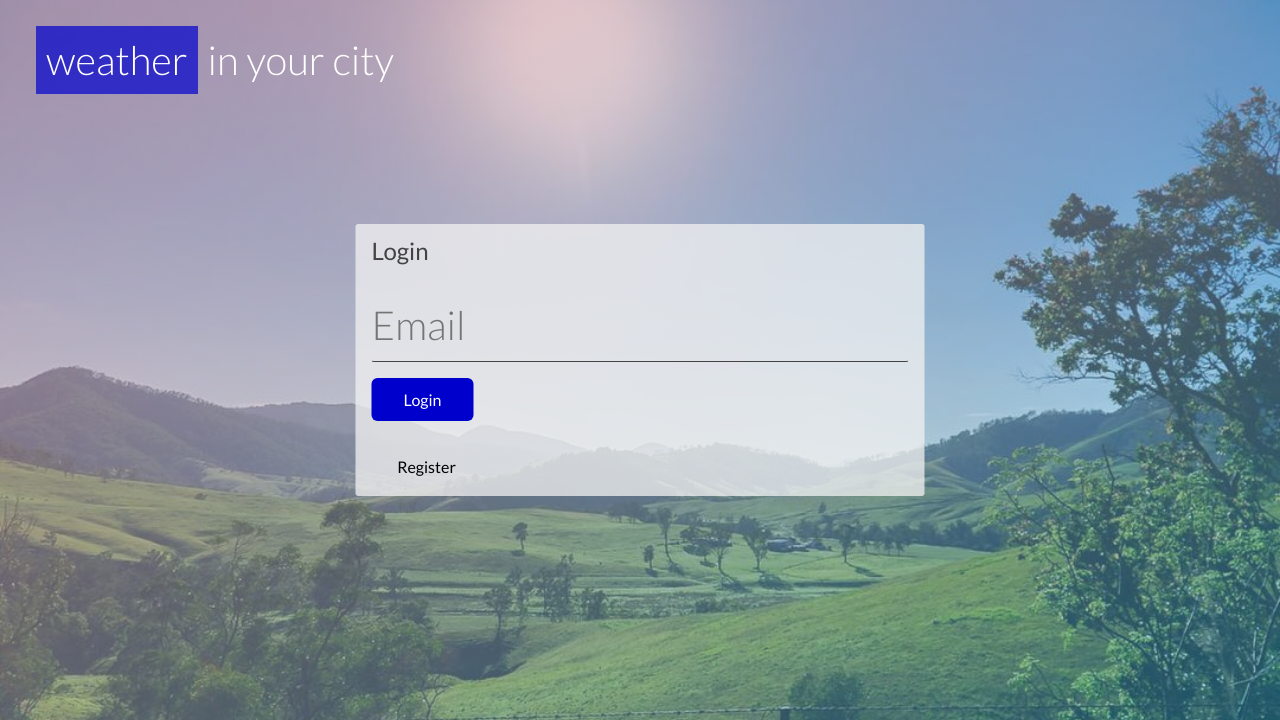
Repository: nosplashurinal/weather-app
Page: /, after clicking the first element matching `button.next`
These files come from the project's save history. The page is drawn as it stood at one moment and after the next save; the edit follows.
The browser window is 1280 px wide. The pictures show the whole page.
The project was rebuilt for these pictures with package versions that can differ from the ones it lists, and the page was loaded fresh each time. Also part of the build but not shown: src/components/RecentSearches.vue, src/components/Search.vue, src/components/WeatherDataBlock.vue.

Above is the page before, as saved 2018-12-31 18:15:43.

### public/index.html
<!DOCTYPE html>
<html lang="en">

<head>
	<meta charset="utf-8">
	<meta http-equiv="X-UA-Compatible" content="IE=edge">
	<meta name="viewport" content="width=device-width,initial-scale=1.0">
	<link rel="icon" href="<%= BASE_URL %>favicon.ico">
	<link href="https://fonts.googleapis.com/css?family=Lato:300,400" rel="stylesheet">
	<title>weather-app</title>
</head>

<body>
	<noscript>
		<strong>We're sorry but weather-app doesn't work properly without JavaScript enabled. Please enable it to continue.</strong>
	</noscript>
	<div id="app"></div>
	<!-- built files will be auto injected -->
</body>

</html>

### src/App.vue
<template>
  <div class="root-container">
    <div class="bg" v-bind:style="{backgroundImage: `url(${bg})`}"></div>
    <div class="overlay"></div>
    <div class="title">
      <span>weather</span>
      <span>in your city</span>
    </div>
    <Login v-bind:isLoginError="isLoginError" v-if="!loginSuccess && !showRegistration" v-on:on-login="attemptLogin" v-on:open-registration="showRegistration = true" />
    <Registration v-if="showRegistration" v-on:on-success="showRegistration = false" />
    <div v-if="loginSuccess" class="search-container" v-bind:class="{resultActive: showResults}">
      <Search
        v-bind:message="message"
        v-bind:showLoading="isLoadingResults"
        v-bind:isError="isError"
        v-on:on-key-press="onClickSearch"
        v-on:on-change="onInputChange"
      />
      <transition name="ease">
        <div class="results-container" v-if="showResults">
          <WeatherDataBlock v-bind:weatherData="weatherData"/>
        </div>
      </transition>
    </div>
  </div>
</template>

<script>
import Search from "./components/Search.vue";
import WeatherDataBlock from "./components/WeatherDataBlock.vue";
import Login from "./components/Login.vue";
import Registration from "./components/Registration.vue";
import axios from "axios";

export default {
  name: "app",
  components: {
    Search,
    WeatherDataBlock,
    Login,
    Registration
  },
  data() {
    return {
      currentQueryValue: null,
      results: [],
      showResults: false,
      address: null,
      isError: false,
      message: null,
      searchQuery: null,
      isLoadingResults: false,
      units: "metric",
      weatherData: undefined,
      bg: "/images/bg.jpg",
      weatherBg: null,
      screenWidth: window.innerWidth,
      screenHeight: window.innerHeight,
      showRegistration: false,
      loginSuccess: false,
      isLoginError: false
    };
  },
  created: function() {
    if (!JSON.parse(window.localStorage.getItem("user"))) {
      this.showRegistration = true;
    }
  },
  mounted: function() {
    if (JSON.parse(window.localStorage.getItem("searches"))) {
      this.validateRecentSearches();
    }
  },
  watch: {
    async searchQuery(newQuery) {
      let storedWeatherData;
      this.showResults = false;

      // Check if anything is saved in localStorage
      if (window.localStorage.getItem("searches")) {
        // Now, check if the current query matches anything in localStorage
        storedWeatherData = this.getFromLocalStorage(newQuery);
      } else {
        // Create an empty object in localStorage
        window.localStorage.setItem("searches", null);
      }
      if (storedWeatherData) {
        this.isLoadingResults = true;
        // Translate localStorage data into the format needed to display the data
        setTimeout(
          () =>
            (this.weatherData = this.parseStoredWeatherData(
              storedWeatherData.result
            )),
          0.0001
        );
      } else {
        this.isLoadingResults = true;
        try {
          let weatherData = await this.fetchWeatherDataForCity(
            this.searchQuery
          );
          const formattedData = this.parseApiResponse(newQuery, weatherData);
          this.pushDataToLocalStorage(formattedData);
          this.weatherData = formattedData.result;
        } catch {
          this.isLoadingResults = false;
          this.isError = true;
        }
      }
    },
    weatherData() {
      this.isLoadingResults = false;
      this.showResults = true;
      this.changeBackgroundImage();
    }
  },
  methods: {
    async validateRecentSearches() {
      let storedData = window.localStorage.getItem("searches");
      let storedDataObject = JSON.parse(storedData);
      let promiseArray = [];
      let newDataObject = [];
      storedDataObject.forEach(({ result }) => {
        promiseArray.push(this.fetchWeatherDataForCity(result.name));
      });
      let responseArray = await Promise.all(promiseArray);
      responseArray.forEach((data, index) => {
        const formattedData = this.parseApiResponse(
          storedDataObject[index].query,
          data
        );
        newDataObject.push(formattedData);
      });
      window.localStorage.setItem("searches", JSON.stringify(newDataObject));
    },
    timeDifferenceBetwenNowAndDate(d) {
      const date = new Date(d * 1000);
      const now = new Date();
      return (now.getTime() - date.getTime()) / (1000 * 60);
    },
    attemptLogin(e) {
      const user = window.localStorage.getItem("user");
      if (user === e) {
        this.loginSuccess = true;
      } else {
        this.isLoginError = true;
      }
    },
    onInputChange() {
      if (this.isError) this.isError = false;
    },
    pushDataToLocalStorage(newDataItem) {
      let storedData = window.localStorage.getItem("searches");
      let storedDataObject = JSON.parse(storedData);
      let newDataObject = [];
      if (storedDataObject) {
        newDataObject = [...storedDataObject, newDataItem];
      } else {
        newDataObject.push(newDataItem);
      }
      window.localStorage.setItem("searches", JSON.stringify(newDataObject));
    },
    parseApiResponse(query, data) {
      return {
        query,
        result: {
          id: data.sys.id,
          temp: data.main.temp,
          name: data.name,
          country: data.sys.country,
          icon: data.weather[0].icon,
          description: data.weather[0].description,
          date: data.dt,
          humidity: data.wind.speed,
          wind: data.main.humidity
        }
      };
    },
    parseStoredWeatherData(data) {
      return {
        name: data.name,
        country: data.country,
        humidity: data.humidity,
        temp: data.temp,
        wind: data.wind,
        icon: data.icon,
        description: data.description,
        date: data.date
      };
    },
    getFromLocalStorage(i) {
      const localStorage = window.localStorage;
      const searchObject = JSON.parse(localStorage.getItem("searches"));
      if (searchObject) {
        return searchObject.find(item => item.query === i);
      } else {
        return null;
      }
    },
    onClickSearch(e) {
      this.searchQuery = e;
    },
    fetchWeatherDataForCity(city) {
      return new Promise((resolve, reject) => {
        axios
          .get(
            `http://api.openweathermap.org/data/2.5/weather?q=${city}&APPID=7c519880689160b16f5d233f16f2868d${
              this.units === "metric" ? "&units=metric" : ""
            }`
          )
          .then(response => {
            if (response.status === 404) {
              reject(response.err);
            } else {
              resolve(response.data);
            }
          })
          .catch(() => {
            this.isError = true;
            this.isLoadingResults = false;
            return;
          });
      });
    },
    changeBackgroundImage() {
      var newImg = new Image();
      newImg.onload = () => (this.bg = newImg.src);
      newImg.src = `https://loremflickr.com/1920/1080/${
        this.weatherData.description
      }`;
    }
  }
};
</script>

<style lang="scss" src="@/styles/app.scss">
</style>

### src/styles/app.scss
@import "./global.scss";
@import "./constants.scss";

.root-container {
  width: 100%;
  height: auto;
  overflow-y: scroll;
  overflow-x: hidden;
  font-size: 16px;
}
.bg {
  position: absolute;
  background-repeat: no-repeat;
  background-size: cover;
  background-position: center;
  -webkit-transition: background-image 500ms ease-in-out;
  transition: background-image 500ms ease-in-out;
  width: 100%;
  height: 100%;
}
.overlay {
  position: absolute;
  width: 100%;
  height: 100%;
  background-image: linear-gradient(
    to bottom right,
    rgba(230, 154, 154, 0.65),
    rgba(44, 181, 232, 0.4)
  );
}
.title {
  position: absolute;
  top: 36px;
  left: 36px;
  width: auto;
  height: auto;
  text-align: center;
  font-size: 2.5em;
  color: #fff;
  font-family: $font-primary;
  font-weight: 100;
  > span {
    padding: 0.25em;
    &:nth-child(1) {
      background-color: rgba($blue, 0.7);
    }
  }
}
.search-container {
  position: absolute;
  top: 50%;
  transform: translate(-50%, -50%);
  left: 50%;
  .results-container {
    margin-top: 4em;
    z-index: 9;
  }
}
.ease-enter-active,
.ease-leave-active {
  transition: all 900ms cubic-bezier(0, 0.57, 0.01, 0.97);
}
.ease-enter, .ease-leave-to /* .fade-leave-active below version 2.1.8 */ {
  opacity: 0;
  transform: scale(0.9) translate(0, 50px);
}
.slide-enter-active, .slide-leave-active {
  transition: opacity 350ms ease-in-out;
}
.slide-enter /* .fade-leave-active below version 2.1.8 */ {
  opacity: 0;
}

### src/styles/global.scss
html, body {
	position: relative;
	width: 100%;
	height: 100%;
}

body {
	color: #333;
	margin: 0;
	padding: 0;
	box-sizing: border-box;
	font-family: -apple-system, BlinkMacSystemFont, "Segoe UI", Roboto, Oxygen-Sans, Ubuntu, Cantarell, "Helvetica Neue", sans-serif;
}

a {
	color: rgb(0,100,200);
	text-decoration: none;
}

a:hover {
	text-decoration: underline;
}

a:visited {
	color: rgb(0,80,160);
}

label {
	display: block;
}

input, button, select, textarea {
	font-family: inherit;
	font-size: inherit;
	padding: 0.4em;
	margin: 0 0 0.5em 0;
	box-sizing: border-box;
	border: 1px solid #ccc;
	border-radius: 2px;
}

input:disabled {
	color: #ccc;
}

button {
	background-color: #f4f4f4;
	outline: none;
}

button:active {
	background-color: #ddd;
}

button:focus {
	border-color: #666;
}

p {
	margin: 0;
	padding: 0;
}

ul {
	list-style: none;
}
input:focus {
	outline: 0;
}
button {
	border: 0;
}

### src/styles/constants.scss
$blue: rgb(0, 0, 205);
$font-primary: "Lato", sans-serif;

### src/components/Login.vue
<template>
  <div class="login">
    <p>Login</p>
    <div class="login-container">
      <input
        ref="loginInput"
        autocomplete="off"
        type="email"
        name="email"
        class="email"
        id="email"
        placeholder="Email"
        v-on:keypress="onKeyPress"
      >
      <small
        v-if="isLoginError"
        class="error-message"
      >Oops, we could not find you. Try again or register.</small>
      <div class="button-container">
        <button type="button" v-on:click="onClickLogin" class="login-button">Login</button>
        <button v-on:click="openRegistration" class="register-button">Register</button>
      </div>
    </div>
  </div>
</template>
<script>
export default {
  name: "Login",
  props: {
    isLoginError: Boolean
  },
  methods: {
    onKeyPress(e) {
      if (e.key === "Enter") this.$emit("on-login", e.target.value);
    },
    onClickLogin() {
      this.$emit("on-login", this.$refs.loginInput);
    },
    openRegistration() {
      this.$emit("on-registration");
    }
  }
};
</script>
<style lang="scss" src="@/styles/login.scss">
</style>

### src/components/Registration.vue
<template>
  <div class="registration">
    <p>Please take a few moments to register.</p>
    <div class="fields-container">
      <input
        placeholder="Enter your Email"
        autofocus
        autocomplete="off"
        type="email"
        name="email"
        class="email"
        id="email"
        v-model="email"
      >
      <input
        placeholder="Enter your Name"
        autofocus
        autocomplete="off"
        type="text"
        name="name"
        class="name"
        id="name"
        v-model="name"
      >
      <input
        placeholder="Mobile"
        autofocus
        autocomplete="off"
        type="phone"
        name="mobile"
        class="mobile"
        id="mobile"
        v-model="mobile"
      >
      <input
        placeholder="Where are you located?"
        autofocus
        autocomplete="off"
        type="text"
        name="location"
        class="location"
        id="location"
        v-model="location"
      >
    </div>
    <button type="button" class="next" v-on:click="onRegister">Next</button>
  </div>
</template>
<script>
export default {
  name: "Registration",
  data() {
    return {
      email: null,
      name: null,
      mobile: null,
      location: null
    };
  },
  methods: {
    onRegister() {
      const { email, name, mobile, location } = this;
      const userObject = {
        email,
        name,
        mobile,
        location
      };
      window.localStorage.setItem("user", JSON.stringify(userObject));
      this.$emit("on-success");
    }
  }
};
</script>
<style lang="scss" src="@/styles/registration.scss">
</style>

### src/styles/login.scss
@import "./constants.scss";

.login {
  position: absolute;
  top: 50%;
  transform: translate(-50%, -50%);
  left: 50%;
  background: rgba(#f2f2f2, 0.75);
  border-radius: 3px;
  font-family: "Lato", sans-serif;
  padding: 0 1em;
  text-align: center;
  p {
    color: #434343;
    position: relative;
    font-size: 1.5em;
    padding: 0.5em 0;
    margin-bottom: 0.5em;
    flex: none;
    width: 100%;
    text-align: left;
  }
  .login-container {
    display: flex;
    position: relative;
    flex-wrap: wrap;
    input {
      color: #434343;
      background: transparent;
      border: 0;
      display: block;
      border-bottom: 1px solid #434343;
      font-size: 2.5em;
      font-weight: 300;
      margin: 0;
      flex: 0 1 100%;
      height: auto;
      padding: 0;
      padding: 0.3em 0;
      position: relative;
      flex-wrap: wrap;
      &:focus {
        background: transparent;
        border: 0;
        border-bottom: 1px solid #434343;
        outline: none;
        box-shadow: none;
      }
      ::-webkit-input-placeholder {
        /* Chrome/Opera/Safari */
        color: #434343;
      }
      ::-moz-placeholder {
        /* Firefox 19+ */
        color: #434343;
      }
    }
    .button-container {
      .register-button {
        width: auto;
        height: auto;
        padding: 0.75em 0;
        background: none;
        margin-left: 0.5em;
        margin-top: 1em;
        cursor: pointer;
        &:hover {
          text-decoration: underline;
        }
      }
      .login-button {
        background: $blue;
        color: #fff;
        text-align: center;
        border-radius: 6px;
        cursor: pointer;
        width: auto;
        height: auto;
        padding: 0.75em 2em;
        display: block;
        margin-top: 1em;
      }
    }
    .error-message {
      position: relative;
      flex: 0 0 100%;
      color: #cc0000;
      margin-top: 0.5em;
      bottom: 0;
      text-align: left;
    }
  }
  .fade-enter-active,
  .fade-leave-active {
    transition: opacity 350ms ease-in-out;
  }
  .fade-enter, .fade-leave-to /* .fade-leave-active below version 2.1.8 */ {
    opacity: 0;
  }
}

### src/styles/registration.scss
@import "./constants.scss";

.registration {
  position: absolute;
  top: 50%;
  transform: translate(-50%, -50%);
  left: 50%;
  background: rgba(#f2f2f2, 0.75);
  border-radius: 3px;
  font-family: "Lato", sans-serif;
  padding: 0 1em;
  p {
    color: #434343;
    position: relative;
    font-size: 1.5em;
    padding: 0.5em 0;
    margin-bottom: 0.5em;
  }
  .fields-container {
    position: relative;
    padding: 0 1.25em;
    ::-webkit-input-placeholder { /* Chrome/Opera/Safari */
      color: #434343;
    }
    ::-moz-placeholder { /* Firefox 19+ */
      color: #434343;
    }
    input {
      color: #434343;
      background: transparent;
      border: 0;
      display: block;
      border-bottom: 1px solid #434343;
      font-size: 1.5em;
      font-weight: 300;
      margin: 0;
      width: 100%;
      height: auto;
      padding: 0;
      padding: 0.3em 0;
      margin-bottom: 1em;
      &::focus {
        background: transparent;
        border: 0;
        border-bottom: 1px solid #434343;
        outline: none;
        box-shadow: none;
      }
    }
  }
  .next {
    background: $blue;
    color: #fff;
    padding: 0.75em;
    margin-right: 1em;
    border-radius: 6px;
    cursor: pointer;
    float: right;
  }
}

Loaded but not shown: src/main.js (common file)

After the next save:
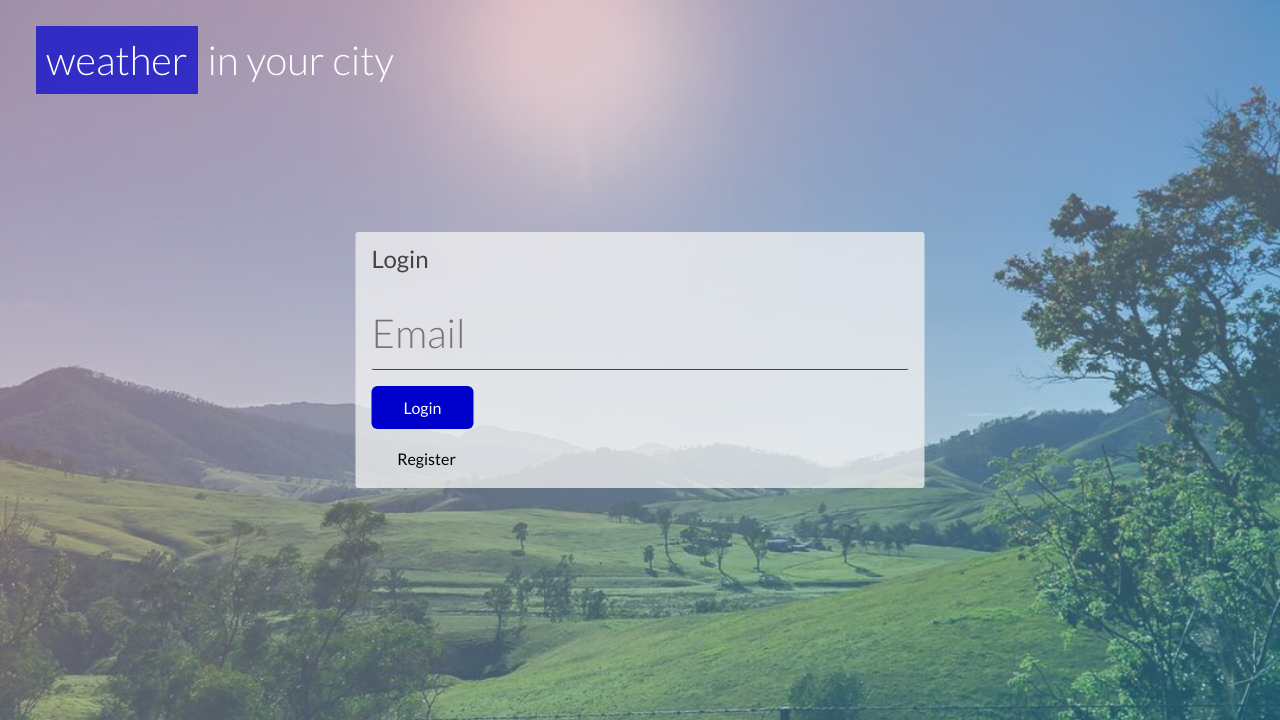
Saved 16 s later.
--- a/src/styles/login.scss
+++ b/src/styles/login.scss
@@ -56,13 +56,13 @@
       }
     }
     .button-container {
+      margin-top: 1em;
       .register-button {
         width: auto;
         height: auto;
         padding: 0.75em 0;
         background: none;
         margin-left: 0.5em;
-        margin-top: 1em;
         cursor: pointer;
         &:hover {
           text-decoration: underline;
@@ -78,7 +78,6 @@
         height: auto;
         padding: 0.75em 2em;
         display: block;
-        margin-top: 1em;
       }
     }
     .error-message {
